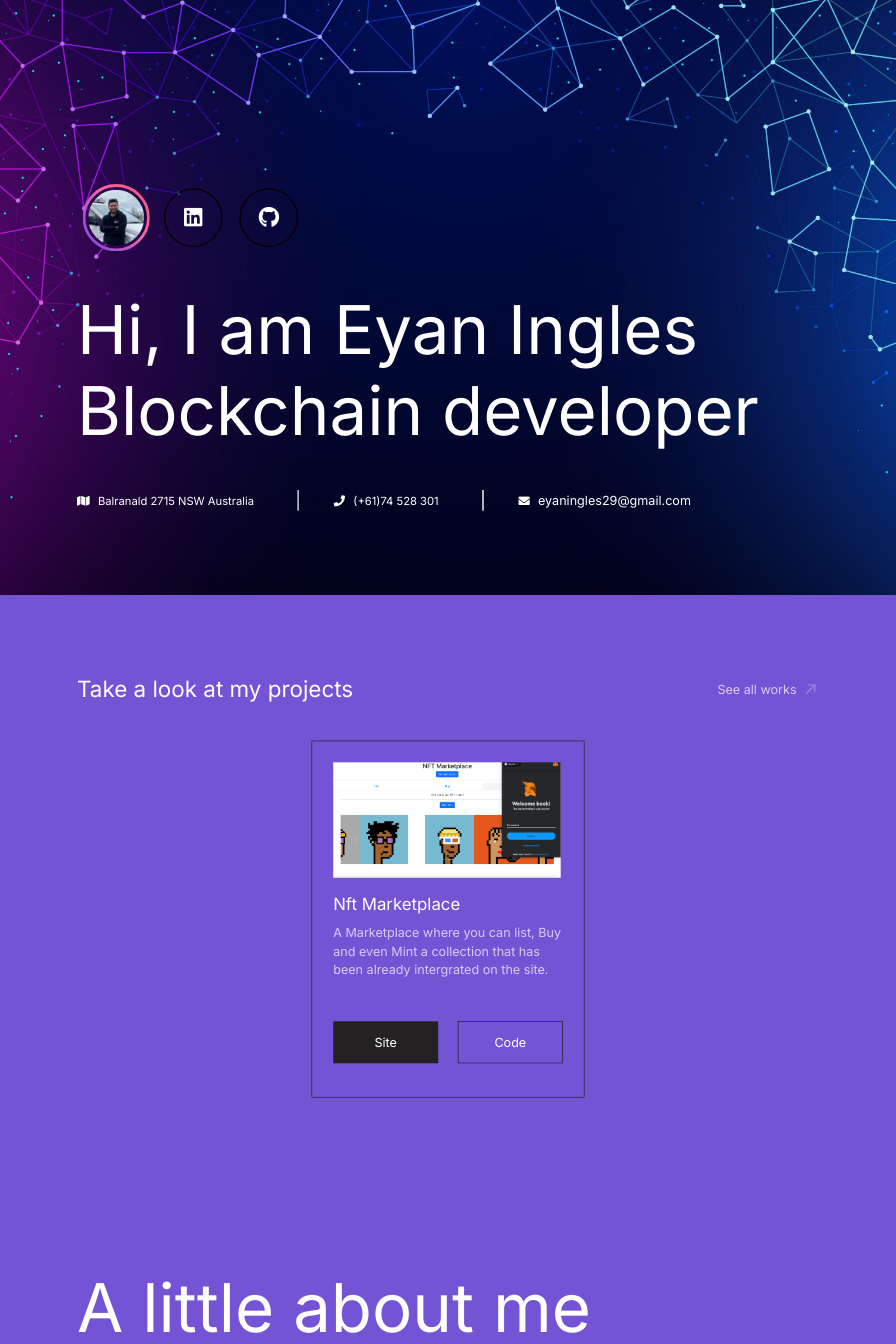
Repository: EyanIngles/Resume
Page: index.html
The author's editor kept a copy of each file at every save. The page is drawn from the files as they stood at one save, then again after the next save.
The browser window is 1280 px wide. The pictures show the part of the page from y = 0 to 1920 px (the page is 4848 px tall), at 70% of full size.

Above is the page before, as saved 2024-05-30 15:05:17.

After the next save:
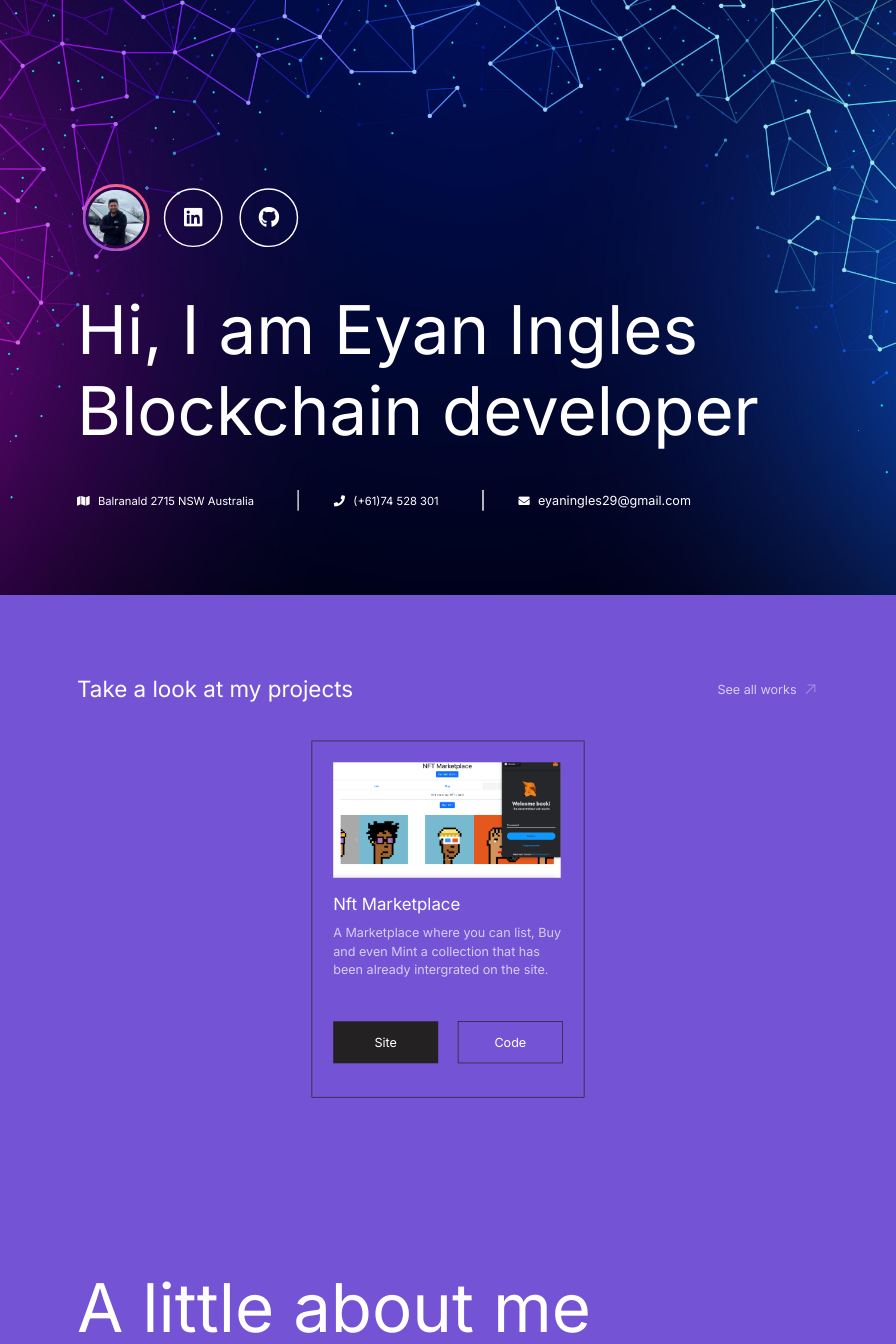
Saved 33 s later.
--- a/css/resume.css
+++ b/css/resume.css
@@ -102,7 +102,7 @@
 }
 
 .list-items-circle li a {
-    border: 2px solid var(--black);
+    border: 2px solid var(--white);
     border-radius: 50%;
 }
 
